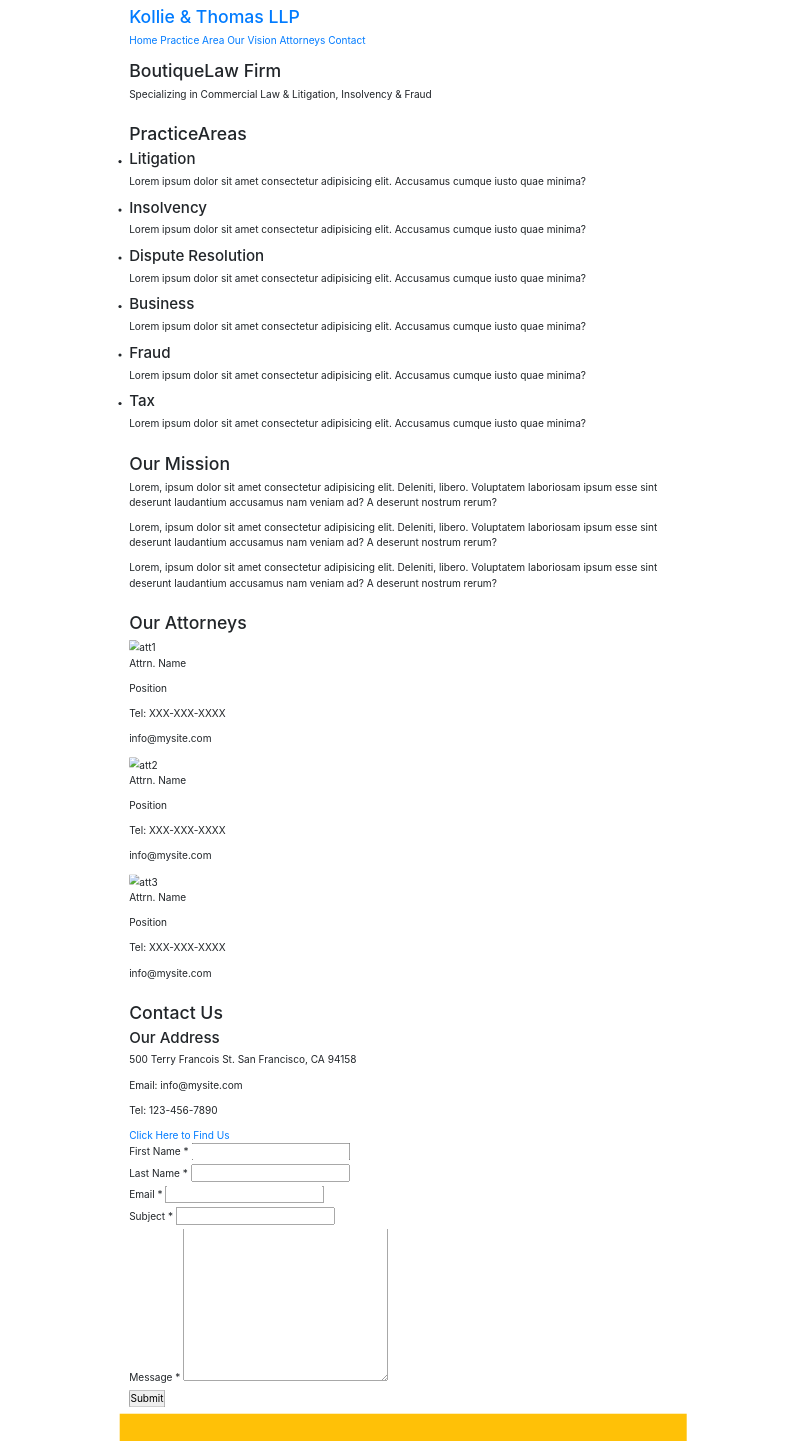
Repository: just-mann/kolllie-kolliellp
Page: index.html
The author's editor kept a copy of each file at every save. The page is drawn from the files as they stood at one save, then again after the next save.
The browser window is 1280 px wide. The pictures show the whole page, at 63% of full size.

Above is the page before, as saved 2021-06-01 16:47:02.

After the next save:
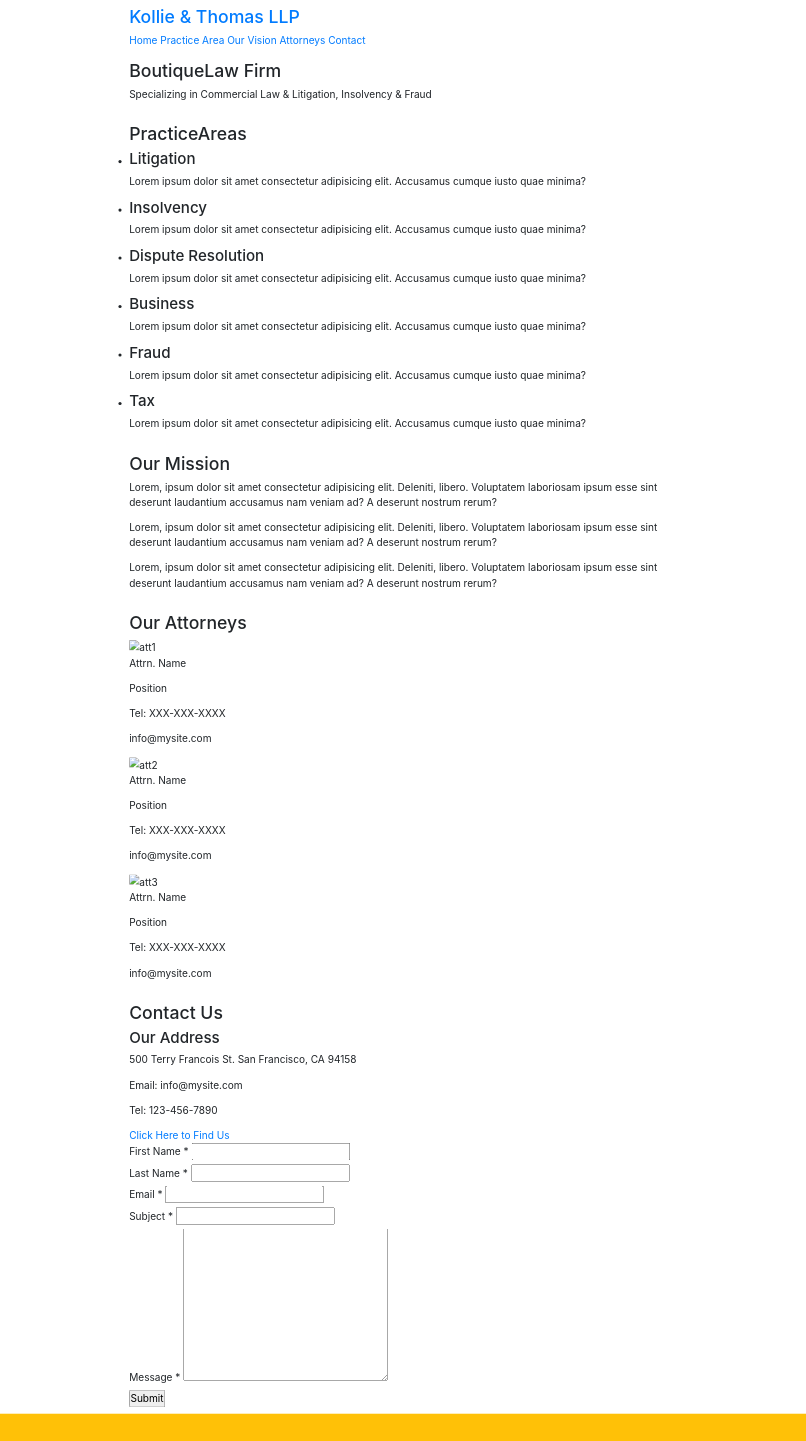
Saved 17 s later.
--- a/index.html
+++ b/index.html
@@ -167,8 +167,8 @@
             </div>
         </div>
     </section>
-    <section class="backUpTop">
-        <div class="myContainer bg-warning">
+    <section class="backUpTop bg-warning">
+        <div class="myContainer">
             <i class="fad fa-chevron-double-up"></i>
         </div>
     </section>
